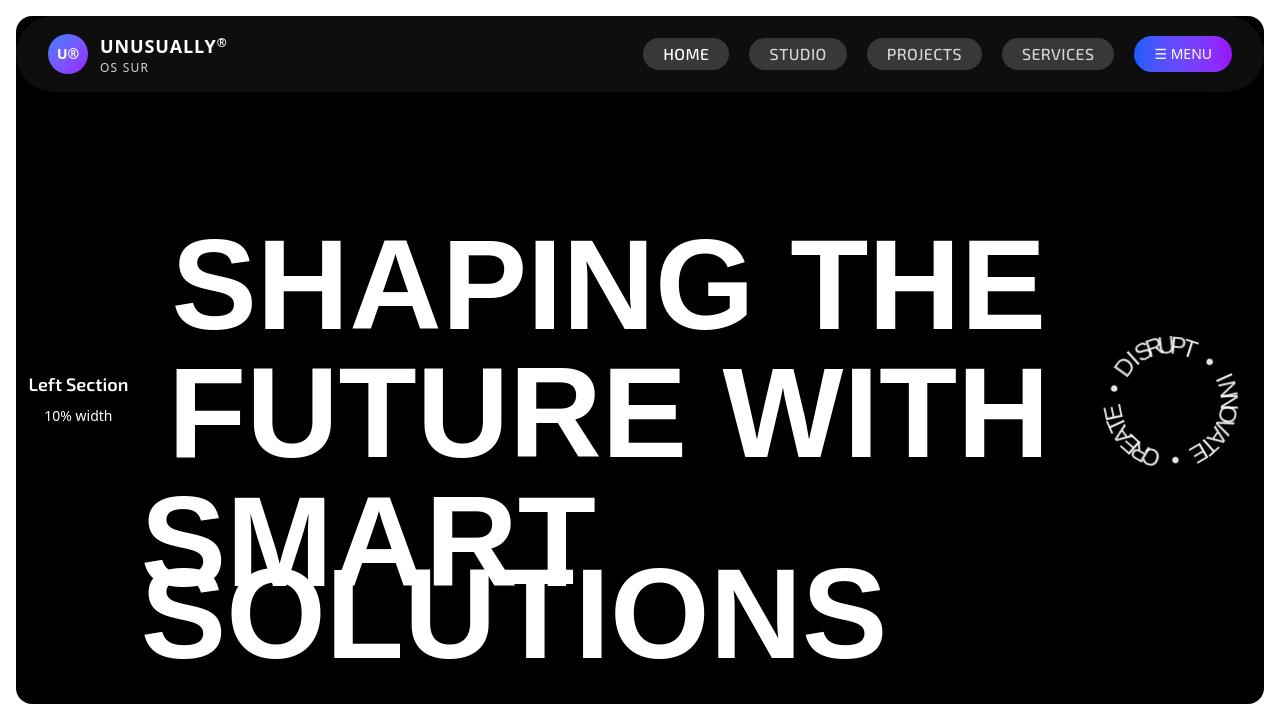
Repository: A-y-u-s-h-29/Digital-Express-India-With-Carrer-Page-And-RazorPay
Page: / (app in op/)
An editor plug-in stored every save of this project. The page is shown before and after the next save, followed by the edit.
The browser window is 1280 px wide. The pictures show the whole page.
Some web fonts or font styles are not loaded; a fallback is used. The project was rebuilt for these pictures with package versions that can differ from the ones it lists, and the page was loaded fresh each time. Also part of the build but not shown: op/vite.config.js.

Above is the page before, as saved 2025-12-04 15:22:39.

### op/index.html
<!doctype html>
<html lang="en">
  <head>
    <meta charset="UTF-8" />
    <link rel="icon" type="image/svg+xml" href="/vite.svg" />
    <meta name="viewport" content="width=device-width, initial-scale=1.0" />
    <link rel="preconnect" href="https://fonts.googleapis.com">
<link rel="preconnect" href="https://fonts.gstatic.com" crossorigin>
<link href="https://fonts.googleapis.com/css2?family=Alan+Sans:wght@300..900&family=Big+Shoulders:opsz,wght@10..72,100..900&family=Exo+2:ital,wght@0,100..900;1,100..900&family=Montserrat:ital,wght@0,100..900;1,100..900&family=Orbitron:wght@400..900&family=Poppins:ital,wght@0,100;0,200;0,300;0,400;0,500;0,600;0,700;0,800;0,900;1,100;1,200;1,300;1,400;1,500;1,600;1,700;1,800;1,900&family=Rajdhani:wght@300;400;500;600;700&display=swap" rel="stylesheet">
<link rel="preconnect" href="https://fonts.googleapis.com">
<link rel="preconnect" href="https://fonts.gstatic.com" crossorigin>
<link href="https://fonts.googleapis.com/css2?family=Alan+Sans:wght@300..900&family=Big+Shoulders:opsz,wght@10..72,100..900&family=Exo+2:ital,wght@0,100..900;1,100..900&family=Montserrat:ital,wght@0,100..900;1,100..900&family=Orbitron:wght@400..900&family=Poppins:ital,wght@0,100;0,200;0,300;0,400;0,500;0,600;0,700;0,800;0,900;1,100;1,200;1,300;1,400;1,500;1,600;1,700;1,800;1,900&family=Rajdhani:wght@300;400;500;600;700&display=swap" rel="stylesheet">
    <title>op</title>
  </head>
  <body>
    <div id="root"></div>
    <script type="module" src="/src/main.jsx"></script>
  </body>
</html>

### op/src/index.css
@import "tailwindcss";
*{
  box-sizing: border-box;
}
.big {
  font-family: "Big Shoulders", sans-serif;

  font-style: normal;
}
.exo {
  font-family: "Exo 2", sans-serif;

  font-style: normal;
}

### op/src/App.jsx
import React from 'react'
import Home from './components/Home'

function App() {
  return (
   <>
   <Home/>


   </>
  )
}

export default App

### op/src/components/Home.jsx
import React from "react";
import Navbar from "./Navbar";
import CircularText from "./CircularText";


function Home() {
  return (
    <div className="w-full max-h-screen lg:h-[120vh] lg:py-4 lg:px-4">
      <div className="rounded-b-4xl lg:rounded-2xl w-full h-full flex flex-col relative overflow-hidden bg-black">
        {/* Transparent Navbar */}
        <div className="relative z-20">
          <Navbar />
        </div>

        {/* Three Column Layout */}
        <div className="flex flex-1 relative z-10 text-white">
          {/* Left Column - 10% width */}
          <div className="w-[10%] flex items-center justify-center">
            <div className="text-white text-center">
              <p className="exo font-semibold text-lg">Left Section</p>
              <p className="text-sm mt-2">10% width</p>
            </div>
          </div>

          {/* Middle Column - 75% width */}
          <div className="w-[75%] flex flex-col justify-center items-center big">
            <div className="w-full h-full flex flex-col">
              {/* Top Row - 40% height */}
              <div className="h-[40%] flex items-end justify-center pb-4">
                <h1 className="text-5xl md:text-9xl leading-tight md:leading-[4.5rem] font-bold text-white drop-shadow-2xl">
                  SHAPING THE
                </h1>
              </div>

              {/* Middle Row - 30% height */}
              <div className="h-[25%] flex items-center justify-center">
                <h1 className="text-5xl md:text-9xl leading-tight lg:leading-[4.5rem] font-bold text-white drop-shadow-2xl">
                  FUTURE WITH
                </h1>
              </div>

              {/* Bottom Row - 30% height */}
              <div className="h-[35%] flex items-start justify-center pt-4">
                <h1 className="text-5xl md:text-9xl leading-tight lg:leading-[4.5rem] font-bold text-white drop-shadow-2xl">
                  SMART SOLUTIONS
                </h1>
              </div>
            </div>
          </div>

          {/* Right Column - 15% width */}
          <div className="w-[15%] flex flex-col justify-center  ">
            {/* Vertical Circular Text */}
            <div className="relative h-full  ">
              <CircularText
                text="INNOVATE • CREATE • DISRUPT • "
                spinDuration={30}
                onHover="speedUp"
                className="text-white/90 text-sm big font-light mt-55 "
              />



              {/* Scroll indicator */}

            </div>


          </div>
        </div>
      </div>
    </div>
  );
}

export default Home;

### op/src/components/Navbar.jsx
import React, { useState, useRef, useEffect } from 'react';
import { gsap } from 'gsap';

function Navbar({ isHomePage = false }) {
  const [isMenuOpen, setIsMenuOpen] = useState(false);
  const menuOverlayRef = useRef(null);
  const mobileMenuRef = useRef(null);

  // Menu items data for the menu overlay
  const menuOverlayItems = [
    { title: 'HOME', number: '01' },
    { title: 'ABOUT', number: '02' },
    { title: 'PROJECTS', number: '03' },
    { title: 'SERVICES', number: '04' },

  ];

  // Menu items for navbar links
  const navMenuItems = [
    { title: 'HOME', color: 'from-blue-500 to-cyan-400' },
    { title: 'STUDIO', color: 'from-purple-500 to-pink-500' },
    { title: 'PROJECTS', color: 'from-green-500 to-emerald-400' },
    { title: 'SERVICES', color: 'from-yellow-500 to-orange-500' },
    { title: 'ABOUT', color: 'from-red-500 to-rose-400' },
    { title: 'CONTACT', color: 'from-indigo-500 to-blue-400' },
  ];

  // Initialize menu as hidden
  useEffect(() => {
    if (menuOverlayRef.current) {
      menuOverlayRef.current.style.display = 'none';
    }
  }, []);

  const handleMenuClick = () => {
    const wasOpen = isMenuOpen;
    setIsMenuOpen(!wasOpen);

    if (!wasOpen) {
      // OPEN MENU ANIMATION - bottom-right से slide in
      if (menuOverlayRef.current) {
        menuOverlayRef.current.style.display = 'flex';

        // Get the menu container
        const menuContainer = menuOverlayRef.current.querySelector('.relative');

        if (menuContainer) {
          // Initial position - off screen bottom-right
          gsap.set(menuContainer, {
            x: '100%',
            y: '100%',
            opacity: 0,
            scale: 0.9,
            transformOrigin: 'bottom right'
          });

          // Animate to position
          gsap.to(menuContainer, {
            x: 0,
            y: 0,
            opacity: 1,
            scale: 1,
            duration: 0.8,
            ease: 'expo.out'
          });

          // Background fade in
          gsap.fromTo(menuOverlayRef.current,
            { opacity: 0 },
            { opacity: 1, duration: 0.4 }
          );

          // Menu items animation (from bottom)
          const menuItems = menuContainer.querySelectorAll('.menu-item');
          gsap.fromTo(menuItems,
            {
              opacity: 0,
              y: 40
            },
            {
              opacity: 1,
              y: 0,
              duration: 0.6,
              stagger: 0.1,
              delay: 0.3,
              ease: 'power3.out'
            }
          );

          // Close button animation
          const closeBtn = menuContainer.querySelector('.close-btn');
          if (closeBtn) {
            gsap.fromTo(closeBtn,
              { opacity: 0, rotation: -45 },
              { opacity: 1, rotation: 0, duration: 0.5, delay: 0.8 }
            );
          }
        }
      }

      // Mobile menu animation
      if (mobileMenuRef.current) {
        gsap.fromTo(
          mobileMenuRef.current,
          { height: 0, opacity: 0 },
          { height: 'auto', opacity: 1, duration: 0.4 }
        );
      }
    } else {
      // CLOSE MENU ANIMATION - bottom-right को slide out
      if (menuOverlayRef.current) {
        const menuContainer = menuOverlayRef.current.querySelector('.relative');

        if (menuContainer) {
          // Menu items exit
          const menuItems = menuContainer.querySelectorAll('.menu-item');
          gsap.to(menuItems,
            {
              opacity: 0,
              y: 20,
              duration: 0.3,
              stagger: 0.05,
              ease: 'power2.in'
            }
          );

          // Close button exit
          const closeBtn = menuContainer.querySelector('.close-btn');
          if (closeBtn) {
            gsap.to(closeBtn, {
              opacity: 0,
              rotation: 45,
              duration: 0.3
            });
          }

          // Menu container slide out to bottom-right
          gsap.to(menuContainer, {
            x: '100%',
            y: '100%',
            opacity: 0,
            scale: 0.9,
            duration: 0.6,
            ease: 'expo.in',
            onComplete: () => {
              if (menuOverlayRef.current) {
                menuOverlayRef.current.style.display = 'none';
              }
            }
          });

          // Background fade out
          gsap.to(menuOverlayRef.current, {
            opacity: 0,
            duration: 0.4
          });
        }
      }

      // Mobile menu exit animation
      if (mobileMenuRef.current) {
        gsap.to(mobileMenuRef.current, {
          height: 0,
          opacity: 0,
          duration: 0.3
        });
      }
    }
  };

  return (
    <>
      {/* Main Navbar */}
      <nav
        className={`w-full px-6 py-4 lg:px-8 lg:py-4 ${isHomePage ? 'bg-transparent' : 'bg-[#0E0E0E]'} rounded-full relative z-50`}
      >
        <div className="flex items-center justify-between">
          {/* Logo/Brand Section */}
          <div className="flex items-center">
            <div className="w-10 h-10 rounded-full bg-gradient-to-br from-blue-500 to-purple-600 flex items-center justify-center mr-3">
              <span className="text-white font-bold text-sm">U®</span>
            </div>
            <div className="flex flex-col">
              <span className="text-white font-bold text-lg tracking-wider">UNUSUALLY<sup className="text-xs">®</sup></span>
              <span className="text-gray-300 text-xs tracking-widest">OS SUR</span>
            </div>
          </div>

          <div className='flex items-center gap-5'>
            {/* Desktop Navigation Links */}
            <div className="hidden md:flex items-center space-x-5 exo text-md">
              {navMenuItems.slice(0, 4).map((item, index) => (
                <a
                  key={index}
                  href="#"
                  className={`text-gray-300 font-medium tracking-wide hover:text-white transition-colors duration-300 bg-[#383838] px-5 py-1 rounded-full ${item.title === 'HOME' ? 'text-white' : ''}`}
                >
                  {item.title}
                </a>
              ))}
            </div>

            {/* Menu Button */}
            <button
              onClick={handleMenuClick}
              className="px-5 py-2 bg-gradient-to-r from-blue-600 to-purple-600 text-white text-sm font-medium rounded-full hover:from-blue-700 hover:to-purple-700 transition-all duration-300 shadow-lg hover:shadow-xl relative z-50"
            >
              {isMenuOpen ? '✕ CLOSE' : '☰ MENU'}
            </button>

            {/* Mobile Menu Button (Hamburger) */}
            <button
              onClick={handleMenuClick}
              className="ml-4 md:hidden relative z-50"
            >
              <div className={`w-6 h-0.5 bg-white mb-1.5 transition-all duration-300 ${isMenuOpen ? 'rotate-45 translate-y-2' : ''}`}></div>
              <div className={`w-6 h-0.5 bg-white mb-1.5 transition-all duration-300 ${isMenuOpen ? 'opacity-0' : ''}`}></div>
              <div className={`w-6 h-0.5 bg-white transition-all duration-300 ${isMenuOpen ? '-rotate-45 -translate-y-2' : ''}`}></div>
            </button>
          </div>
        </div>

        {/* Mobile Menu Dropdown */}
        <div
          ref={mobileMenuRef}
          className="md:hidden mt-4 pt-4 border-t border-gray-800 overflow-hidden"
          style={{ height: '0px' }}
        >
          <div className="flex flex-col space-y-4">
            {navMenuItems.map((item, index) => (
              <a
                key={index}
                href="#"
                className={`text-gray-300 font-medium py-2 hover:text-white transition-colors ${item.title === 'HOME' ? 'text-white' : ''}`}
              >
                {item.title}
              </a>
            ))}
          </div>
        </div>
      </nav>

      {/* Fullscreen Menu Overlay */}
      <div
        ref={menuOverlayRef}
        className="fixed inset-0  z-40 hidden items-end justify-end px-4 rounded-2xl "
      >
        {/* Menu Container - Image के according simple design */}
        <div
          className="relative h-[70vh] w-[45vw] bg-white  rounded-4xl overflow-hidden shadow-2xl transform-gpu "
          style={{
            transformOrigin: 'bottom right'
          }}
        >
          {/* Simple Header with Brand */}
          <div className="absolute top-8 left-8">
            <div className="flex items-center space-x-3">

              <div>

              </div>
            </div>
          </div>



          {/* Main Content Area - Center aligned like image */}
          <div className="h-full flex flex-col justify-center items-center px-12 ">
            {/* Menu Items - Single Column, Large text like image */}
            <div className="w-full  space-y-2">
              {menuOverlayItems.map((item, index) => (
                <a
                  key={index}
                  href="#"
                  className="menu-item group relative block w-full"
                >
                  <div className="flex items-center justify-between">
                    {/* Title - Left side */}
                    <div className="relative overflow-hidden p-0.5">
                      <h3 className="text-black font-extrabold text-5xl lg:text-7xl  exo tracking-tight opacity-90 group-hover:opacity-100 transition-all duration-500">
                        {item.title}
                      </h3>
                      {/* Underline animation */}

                    </div>

                    {/* Number in parentheses - Right side */}
                    <div className="text-gray-500 text-3xl lg:text-4xl font-light group-hover:text-white transition-colors duration-500">
                      ({item.number})
                    </div>
                  </div>
                </a>
              ))}
            </div>


          </div>


        </div>
      </div>
    </>
  );
}

export default Navbar;

### op/src/components/CircularText.jsx
import React, { useEffect } from 'react';
import { motion, useAnimation, useMotionValue } from 'framer-motion';

const CircularText = ({
  text = 'Circular Text Animation • ',
  spinDuration = 20,
  onHover = 'speedUp',
  className = '',
}) => {
  const letters = Array.from(text);
  const controls = useAnimation();
  const rotation = useMotionValue(0);

  const getRotationTransition = (duration, from, loop = true) => ({
    from,
    to: from + 360,
    ease: 'linear',
    duration,
    type: 'tween',
    repeat: loop ? Infinity : 0,
  });

  const getTransition = (duration, from) => ({
    rotate: getRotationTransition(duration, from),
    scale: {
      type: 'spring',
      damping: 20,
      stiffness: 300,
    },
  });

  useEffect(() => {
    const start = rotation.get();
    controls.start({
      rotate: start + 360,
      scale: 1,
      transition: getTransition(spinDuration, start),
    });
  }, [spinDuration, text, onHover, controls, rotation]);

  const handleHoverStart = () => {
    const start = rotation.get();

    if (!onHover) return;

    let transitionConfig;
    let scaleVal = 1;

    switch (onHover) {
      case 'slowDown':
        transitionConfig = getTransition(spinDuration * 2, start);
        break;
      case 'speedUp':
        transitionConfig = getTransition(spinDuration / 4, start);
        break;
      case 'pause':
        transitionConfig = {
          rotate: { type: 'spring', damping: 20, stiffness: 300 },
          scale: { type: 'spring', damping: 20, stiffness: 300 },
        };
        break;
      case 'goBonkers':
        transitionConfig = getTransition(spinDuration / 20, start);
        scaleVal = 0.8;
        break;
      default:
        transitionConfig = getTransition(spinDuration, start);
    }

    controls.start({
      rotate: start + 360,
      scale: scaleVal,
      transition: transitionConfig,
    });
  };

  const handleHoverEnd = () => {
    const start = rotation.get();
    controls.start({
      rotate: start + 360,
      scale: 1,
      transition: getTransition(spinDuration, start),
    });
  };

  return (
    <div className="flex min-h-[400px] items-center justify-center rounded-lg">
      <motion.div
        className={`relative m-0 mx-auto h-[150px] w-[170px] origin-center cursor-pointer rounded-full text-center font-black text-white ${className}`}
        style={{ rotate: rotation }}
        initial={{ rotate: 0 }}
        animate={controls}
        onMouseEnter={handleHoverStart}
        onMouseLeave={handleHoverEnd}
      >
        {letters.map((letter, i) => {
          const rotationDeg = (360 / letters.length) * i;
          const factor = Math.PI / letters.length;
          const x = factor * i;
          const y = factor * i;
          const transform = `rotateZ(${rotationDeg}deg) translate3d(${x}px, ${y}px, 0)`;

          return (
            <span
              key={i}
              className="absolute inset-0 inline-block text-2xl transition-all duration-500 ease-out"
              style={{
                transform: transform,
                WebkitTransform: transform
              }}
            >
              {letter}
            </span>
          );
        })}
      </motion.div>
    </div>
  );
};

export default CircularText;

Loaded but not shown: op/src/main.jsx (common file)

After the next save:
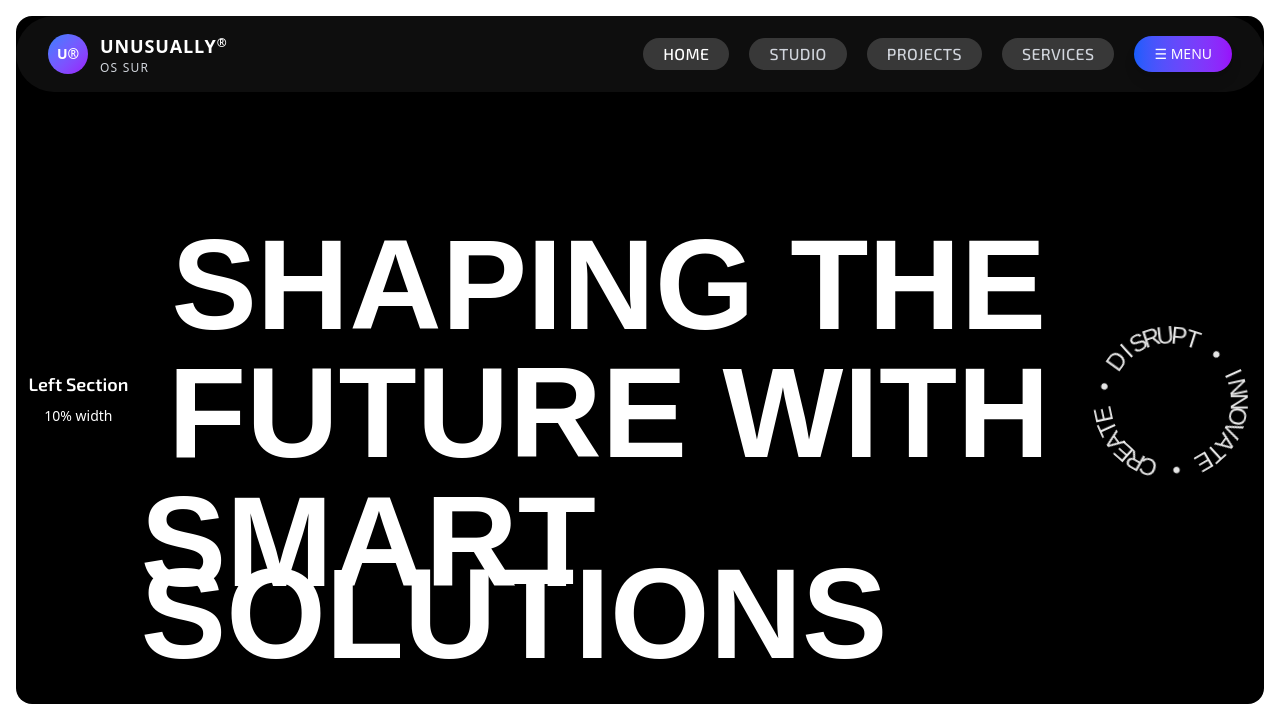
Saved 5 s later.
--- a/op/src/components/CircularText.jsx
+++ b/op/src/components/CircularText.jsx
@@ -86,7 +86,7 @@ const CircularText = ({
   return (
     <div className="flex min-h-[400px] items-center justify-center rounded-lg">
       <motion.div
-        className={`relative m-0 mx-auto h-[150px] w-[170px] origin-center cursor-pointer rounded-full text-center font-black text-white ${className}`}
+        className={`relative m-0 mx-auto h-[170px] w-[170px] origin-center cursor-pointer rounded-full text-center font-black text-white ${className}`}
         style={{ rotate: rotation }}
         initial={{ rotate: 0 }}
         animate={controls}
